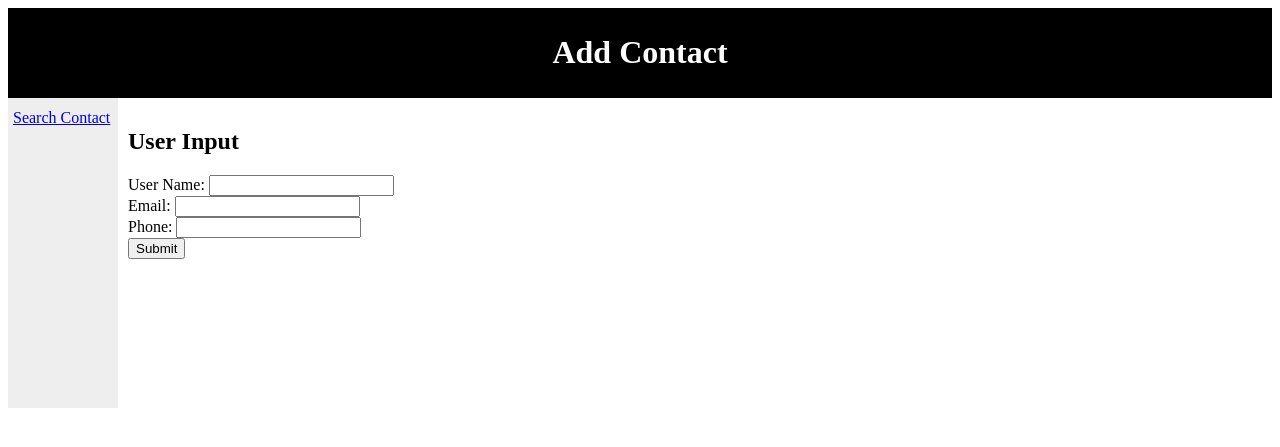
Repository: jonahnathan/techExercise
Page: webproject/src/main/webapp/simpleFormInsert.html
These files come from the project's save history. The page is drawn as it stood at one moment and after the next save; the edit follows.
The browser window is 1280 px wide. The pictures show the whole page.

Above is the page before, as saved 2024-03-25 23:23:10.

### webproject/src/main/webapp/simpleFormInsert.html
<html>
<head>
<style>
header {
    background-color:black;
    color:white;
    text-align:center;
    padding:5px;
}
nav {
    line-height:30px;
    background-color:#eeeeee;
    height:300px;
    width:100px;
    float:left;
    padding:5px;
}
section {
    width:350px;
    float:left;
    padding:10px;
}
footer {
    background-color:black;
    color:white;
    clear:both;
    text-align:center;
    padding:5px;
}
</style>
</head>

<body>
<header>
<h1> Add Contact</h1>
</header>

<nav>
<a href="/webproject/simpleFormSearch.html">Search Contact</a> <br>
</nav>

<section>
	<h1>User Input</h1>

	<form action="SimpleFormInsert" method="POST">

		User Name: <input type="text" name="userName"> <br />
		Email: <input type="text" name="email"> <br />
		Phone: <input type="text" name="phone"> <br />

		<input type="submit" value="Submit" />
	</form>

</section>
</body>
</html>

After the next save:
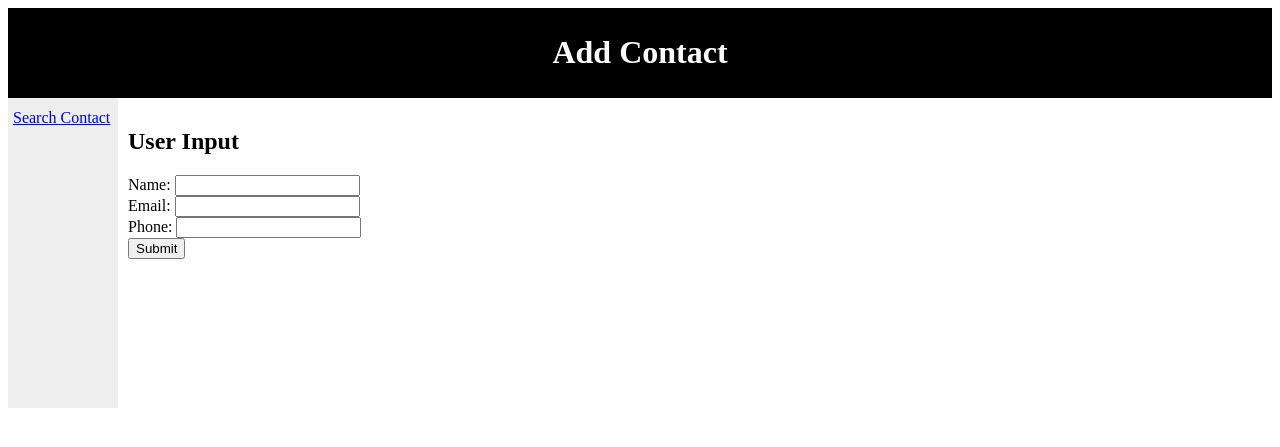
Saved 12 s later.
--- a/webproject/src/main/webapp/simpleFormInsert.html
+++ b/webproject/src/main/webapp/simpleFormInsert.html
@@ -44,7 +44,7 @@ footer {
 
 	<form action="SimpleFormInsert" method="POST">
 
-		User Name: <input type="text" name="userName"> <br />
+		Name: <input type="text" name="userName"> <br />
 		Email: <input type="text" name="email"> <br />
 		Phone: <input type="text" name="phone"> <br />
 
